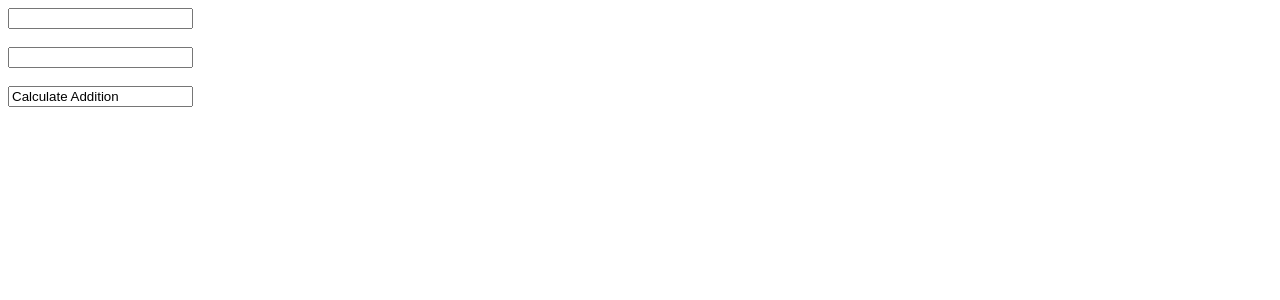
Repository: vaibhaokamble/MY_INSTITUTE_PUNE
Page: http://localhost/JSPApplication/addition.jsp
The author's editor kept a copy of each file at every save. The page is drawn from the files as they stood at one save, then again after the next save.
The browser window is 1280 px wide. The pictures show the whole page.
The page is served by Tomcat 9.

Above is the page before, as saved 2022-10-17 14:16:57.

### JSP/JSPApplication/src/main/webapp/addition.jsp
<%@ page language="java" contentType="text/html; charset=UTF-8"
    pageEncoding="UTF-8"%>
<!DOCTYPE html>
<html>
<head>
<meta charset="UTF-8">
<title>Insert title here</title>
</head>
<body>
<!-- Declaration -->
<%!
int a,b,c;
%>

<form name='frm' action='' method='POST'>
<input type='text' name='first' value=''/><br></br>
<input type='text' name='second' value=''/><br></br>
<input type='text' name='s' value='Calculate Addition'/><br></br>
</form>

<!-- ScriptLet -->
<%
String btn=request.getParameter("s");
if(btn!=null) //If Button Click By User
{
	String first=request.getParameter("first");
	String second=request.getParameter("second");
	a=Integer.parseInt(first);
	b=Integer.parseInt(second);
	c=a+b;
	out.println("<h1> Addtion is </h1>" +c);
}

%>

</body>
</html>

After the next save:
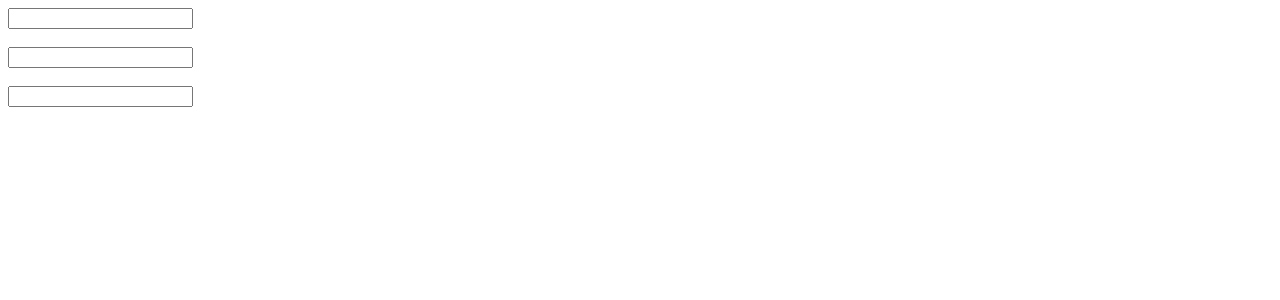
Saved 3 min 47 s later.
--- a/JSP/JSPApplication/src/main/webapp/addition.jsp
+++ b/JSP/JSPApplication/src/main/webapp/addition.jsp
@@ -15,7 +15,7 @@
 <form name='frm' action='' method='POST'>
 <input type='text' name='first' value=''/><br></br>
 <input type='text' name='second' value=''/><br></br>
-<input type='text' name='s' value='Calculate Addition'/><br></br>
+<input type='text' name='s' value='' Calculate Addition'/><br></br>
 </form>
 
 <!-- ScriptLet -->

After the save that followed:
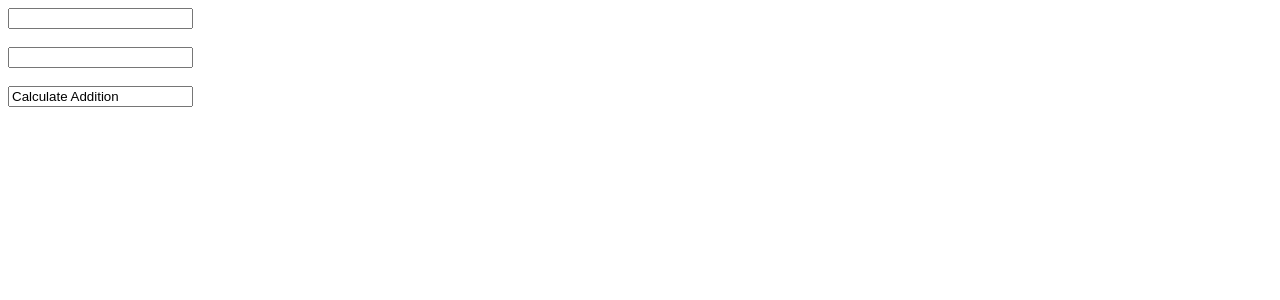
Saved 13 min 47 s later.
--- a/JSP/JSPApplication/src/main/webapp/addition.jsp
+++ b/JSP/JSPApplication/src/main/webapp/addition.jsp
@@ -15,7 +15,7 @@
 <form name='frm' action='' method='POST'>
 <input type='text' name='first' value=''/><br></br>
 <input type='text' name='second' value=''/><br></br>
-<input type='text' name='s' value='' Calculate Addition'/><br></br>
+<input type='text' name='s' value='Calculate Addition'/><br></br>
 </form>
 
 <!-- ScriptLet -->
@@ -28,7 +28,7 @@
 	a=Integer.parseInt(first);
 	b=Integer.parseInt(second);
 	c=a+b;
-	out.println("<h1> Addtion is </h1>" +c);
+	out.println("<h1> Addtion is </h1>"+c);
 }
 
 %>
